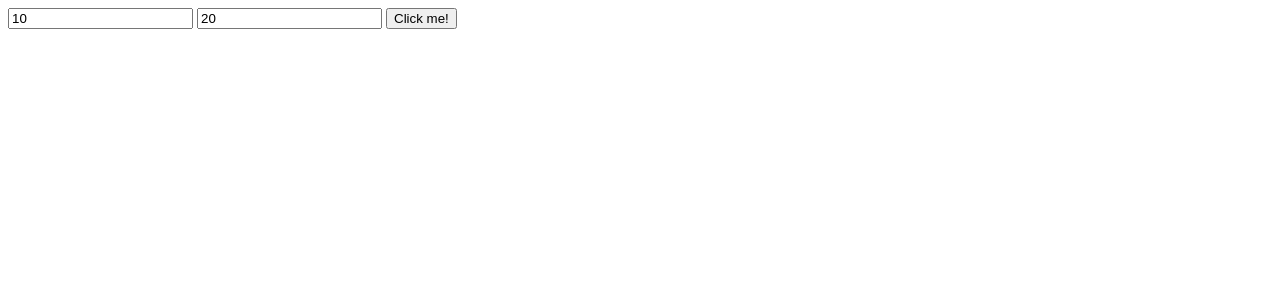
Repository: AwareSelf/JavaTrainingPublic
Page: 15Sep/webapp_1sepbatch/HtmlJSWeb/src/main/webapp/index.html
The author's editor kept a copy of each file at every save. The page is drawn from the files as they stood at one save, then again after the next save.
The browser window is 1280 px wide. The pictures show the whole page.

Above is the page before, as saved 2022-09-14 06:34:26.

After the next save:
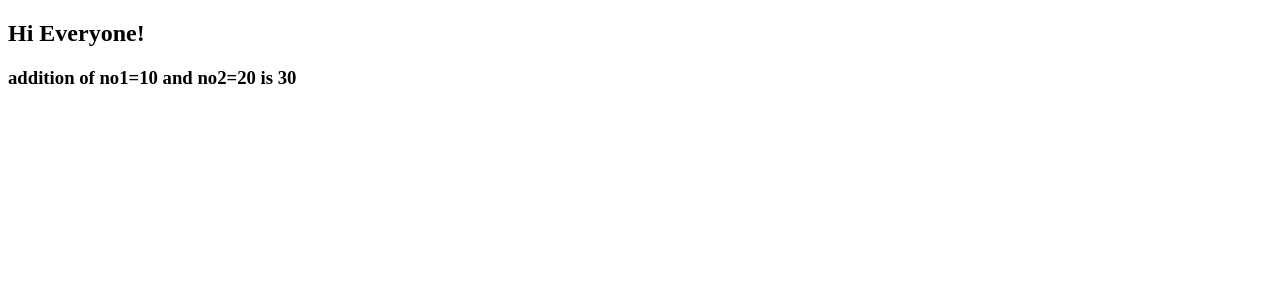
Saved 41 s later.
--- a/15Sep/webapp_1sepbatch/HtmlJSWeb/src/main/webapp/index.html
+++ b/15Sep/webapp_1sepbatch/HtmlJSWeb/src/main/webapp/index.html
@@ -7,8 +7,7 @@
 
   function func(no1,no2)
   {
-    //var no1 = 10;
-    //var no2 = 20;
+
 
     var sum = no1 +  no2;
     // alert(sum);
@@ -16,33 +15,16 @@
      return sum;
   }
 
-  function func1()
-  {
-    // alert("Welcome to HSBC Software");
 
-      var no1 = document.getElementById("no1").value;
-
-      no1 = parseInt(no1);
-
-      var no2 = document.getElementById("no2").value;
-
-      no2 = parseInt(no2);
-      var sum = no1+no2;
-      alert("result of addition of "+no1+" and "+no2+" is "+sum);
-  }
 </script>
 
 </head>
 <body>
 
-<div>
-<input type="text" value="10" id="no1" />
-<input  type="text"  value="20" id="no2" />
- <button onclick="func1()">Click me!</button>
-</div>
+<h2>Hi Everyone!</h2>
 
 <script type="text/javascript">
-/*
+
 
   var no1 = 10;
   var no2 = 20;
@@ -50,7 +32,7 @@
   alert("sum is "+s);
 
   document.write("<h3>addition of no1="+no1+" and no2="+no2+" is "+s+"</h3>");
-  */
+
 
 </script>
 </body>
